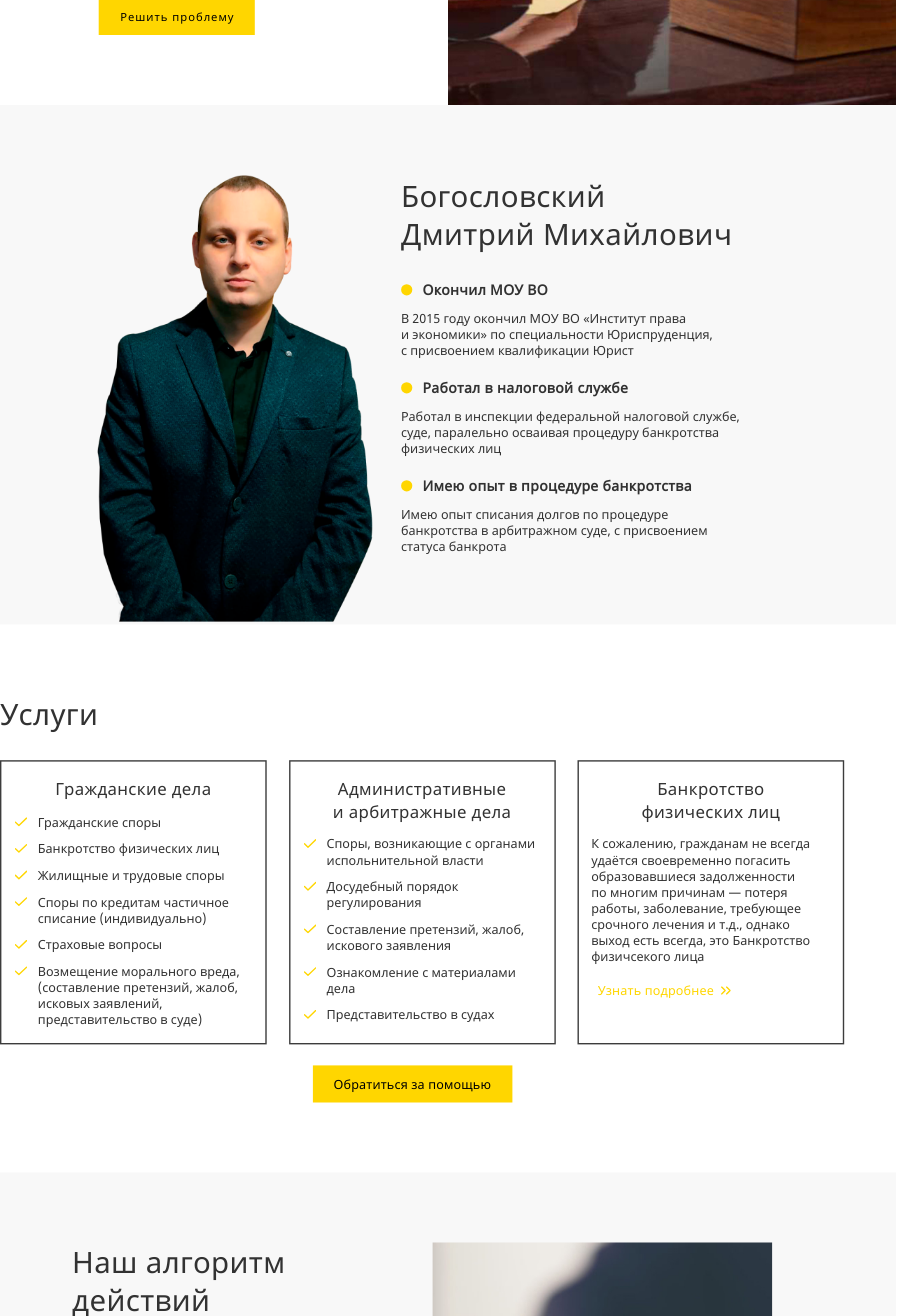
Repository: Nisovaki/antei
Page: http://localhost/
The author's editor kept a copy of each file at every save. The page is drawn from the files as they stood at one save, then again after the next save.
The browser window is 1280 px wide. The page is 1313 px wide, so the pictures cover 1313 px, including what lies to the right of the window. The pictures show the part of the page from y = 630 to 2510 px (the page is 6036 px tall before and 5975 px after), at 70% of full size.
The page is run by PHP 8.4 with error messages shown; the project is at /var/www/html/. Style sheets and scripts are compiled from the project's sources, by tool versions that may differ from the author's.

Above is the page before, as saved 2022-03-19 11:42:53.

### index.html
<!DOCTYPE html>
<html lang="ru">
<head>
	<meta charset="UTF-8">
	<meta http-equiv="X-UA-Compatible" content="IE=edge">
	<meta name="viewport" content="width=1440"/>
	<link rel="stylesheet" href="css/style.css">
	<link rel="preconnect" href="https://fonts.googleapis.com">
	<link rel="preconnect" href="https://fonts.gstatic.com" crossorigin>
	<link href="https://fonts.googleapis.com/css2?family=Roboto&display=swap" rel="stylesheet">
	<title>Услуги юриста</title>
</head>
<body>
	<navbar class="navbar">
		<div class="container">
			<div class="navbar-block">
				<ul class="navbar-list">
					<li class="navbar-item"><a href="#" class="navbar-link">Услуги</a></li>
					<li class="navbar-item"><a href="#" class="navbar-link">Банкротство граждан</a></li>
					<li class="navbar-item"><a href="#" class="navbar-link">Схема работы</a></li>
					<li class="navbar-item"><a href="#" class="navbar-link">Обратная связь</a></li>
				</ul>
				<div class="navbar-tel"><a href="tel:+79042812294" class="navbar-link">+7 (904) 281 22 94</a></div>
				<div class="navbar-address">г. Липецк, пр. Победы, д. 89</div>
			</div>
   </div>
	</navbar>

	<header class="header">
		<div class="container">
			<div class="header-block">
				<h1 class="header-block__title">Услуги юриста</h1>
				<div class="header-block__text">
					Ведение дел осуществляется как по г. Липецку, так и по его Области, возможно дистанционное составление документов
					в других городах
				</div>

				<ul class="header-block__list">
					<li class="icons header-block__item"><span class="icons__check"> Бесплатная консультация</span></li>
					<li class="icons header-block__item"><span class="icons__check"> Для клиентов пенсионного возраста скидки</span></li>
					<li class="icons header-block__item"><span class="icons__check"> Банкротство граждан, скидки для людей со&nbsp;льготами</span></li>
					<li class="icons header-block__item"><span class="icons__check"> В некоторых случаях возможно списать задолжность без подачи заявления на&nbsp;банкротство гарждан</span></li>
				</ul>

				<button class="button header__button">Решить проблему</button>
			</div>
		</div>
	</header>

	<section class="biography">
		<div class="container">
			<div class="author">
				<div class="author-img">
					<img src="img/biography/author.png" alt="Фотография: Богословский Дмитрий Михайлович" class="biography-author">
				</div>
				<div class="author-block">
					<h2 class="title biography-title">Богословский Дмитрий Михайлович</h2>
					<div class="biography-block">
						<div class="biography-subtitle"><span class="biography-subtitle__elipse"></span> Окончил МОУ ВО</div>
						<div class="biography-text">В 2015 году окончил МОУ ВО «Институт правa<br>и экономики» по специальности Юриспруденция,<br> с
							присвоением квалификации Юрист</div>
						<div class="biography-subtitle"><span class="biography-subtitle__elipse"></span> Работал в налоговой службе</div>
						<div class="biography-text">Работал в инспекции федеральной налоговой службе, суде, паралельно осваивая процедуру
							банкротства физических лиц</div>
						<div class="biography-subtitle"><span class="biography-subtitle__elipse"></span> Имею опыт в процедуре банкротства
						</div>
						<div class="biography-text">Имею опыт списания долгов по процедуре банкротства в арбитражном суде, с присвоением
							статуса банкрота</div>
					</div>
				</div>
			</div>
		</div>
	</section>
	<section class="services">
		<div class="container">
			<h2 class="title services__title">Услуги</h2>
			<div class="services-block">
				<div class="services-block__item">
					<h3 class="services-block__title">Гражданские дела</h3>
					<ul class="services-block__list">
						<li class="icons services-block__cell">Гражданские споры</li>
						<li class="icons services-block__cell">Банкротство физических лиц</li>
						<li class="icons services-block__cell">Жилищные и трудовые споры</li>
						<li class="icons services-block__cell">Споры по кредитам частичное списание (индивидуально)</li>
						<li class="icons services-block__cell">Страховые вопросы</li>
						<li class="icons services-block__cell">Возмещение морального вреда, (составление претензий, жалоб, исковых заявлений, представительство в суде)</li>
					</ul>
				</div>

				<div class="services-block__item">
					<h3 class="services-block__title">Административные и&nbsp;арбитражные дела</h3>
					<ul class="services-block__list">
						<li class="icons services-block__cell">Споры, возникающие с органами испольнительной власти</li>
						<li class="icons services-block__cell">Досудебный порядок регулирования</li>
						<li class="icons services-block__cell">Составление претензий, жалоб, искового заявления</li>
						<li class="icons services-block__cell">Ознакомление с материалами дела</li>
						<li class="icons services-block__cell">Представительство в судах</li>
					</ul>
				</div>

				<div class="services-block__item">
					<h3 class="services-block__title">Банкротство физических лиц</h3>
					<p class="services-block__text">К сожалению, гражданам не всегда удаётся своевременно погасить образовавшиеся задолженности<br> по многим причинам — потеря<br>
					работы, заболевание, требующее срочного лечения и т.д., однако<br> выход есть всегда, это Банкротство физичсекого лица</p>
					<a href="#" class="services-block__link">Узнать подробнее
						<img src="img/services/arrow.svg" alt="стрелка" class="services-block__img-1">
						<img src="img/services/arrow.svg" alt="стрелка" class="services-block__img-2">
					</a>
				</div>
			</div>
			<div class="services__wrapper">
				<button class="button services__button"><a href="#" class="services__button-link">Обратиться за помощью</a></button>
			</div>
		</div>
	</section>

	<section class="algorithm">
		<div class="container">
			<div class="algorithm-block">
				<div class="algorithm-block__item-1">
					<h2 class="title algorithm-block__title">Наш алгоритм действий</h2>
					<ol class="algorithm-block__list">
						<li class="algorithm-block__cell algorithm-block__cell-color"><div class="algorithm-block__element"></div> Изучение дела</li>
						<li class="algorithm-block__cell"><div class="algorithm-block__element"></div> Выработка стратегии</li>
						<li class="algorithm-block__cell"><div class="algorithm-block__element"></div> Претензионная работа</li>
						<li class="algorithm-block__cell"><div class="algorithm-block__element"></div> Подготовка пиьменной позиции</li>
						<li class="algorithm-block__cell"><div class="algorithm-block__element"></div> Наложение обеспечительных мер</li>
						<li class="algorithm-block__cell"><div class="algorithm-block__element"></div> Сбор доказательств</li>
						<li class="algorithm-block__cell"><div class="algorithm-block__element"></div> Представление интересов клиента в суде</li>
						<li class="algorithm-block__cell"> В случае обжалования решения суда первой инстанции — подготовка апелляционной и&nbsp;кассационной жалобы</li>
					</ol>
				</div>
				<div class="algorithm-block__item-2"><img src="img/algorithm/algorithm-img.jpg" alt="img: algorithm-block__img" class="algorithm-block__img"></div>
			</div>
		</div>
	</section>

	<section class="smash">
		<div class="container">
			<h2 class="title smash__title">Банкротство граждан</h2>
			<p class="smash__text">Это прозрачный и законный способ списания долгов (кредитов, займов, микрозаймов, долговых расписок) для гражданина,
			который регулируется Федеральным законом «О несостоятельности (банкротстве)»<br> от 26.10.2002 N 127-ФЗ (последняя редакция)</p>

			<div class="smash-wrapper">
				<div class="smash-wrapper__item smash-wrapper__item--indent-1">
					<div class="smash-wrapper__num">1</div>
					<div class="smash-wrapper__title">Консультация</div>
					<div class="smash-wrapper__text">Квалифицированные специалисты с многолетним опытом, помогают клиенту соориентироваться необходима ли для него процедура
					банкротства, каковы плюсы и минусы, есть ли ограничения,<br>каков предполагаемый результат на стадии<br> анализа.
  					</div>
				</div>

				<div class="smash-arrow__right"><img src="img/smash/arrow_right.svg" alt="arrow_right"></div>

				<div class="smash-wrapper__item smash-wrapper__item--indent-2">
					<div class="smash-wrapper__num">2</div>
					<div class="smash-wrapper__title">Составление перечьня докуметов</div>
					<div class="smash-wrapper__text">Составление необходимого перечьня документов, при необходимости восстановления справок, договоров, для предоставления
					юристу, при составлении Заявление о признании должника несостоятельным (банкротом), с пошаговым объяснением клиенту, для
					чего тот или иной абзац.
					</div>
				</div>

				<div class="smash-arrow__bottom"><img src="img/smash/arrow_bottom .svg" alt="arrow_bottom"></div>

				<div class="smash-wrapper__item smash-wrapper__item--indent-3">
					<div class="smash-wrapper__num">3</div>
					<div class="smash-wrapper__title">Подача заявления</div>
					<div class="smash-wrapper__text">Подача заявления в Арбитражный суд и представительство его интересов в суде по<br> данному делу, процедура списания долгов,
					при которой можно вздохнуть спокойно и<br> наслаждаться жизнью.
					</div>
				</div>
			</div>
			<!-- /.smash-wrapper -->
		</div>
		<!-- /. container -->
	</section>

	<section class="scheme">
		<div class="container">
			<h2 class="title scheme__title">Схема работы</h2>
			<div class="scheme-wrapper">
				<div class="scheme-wrapper__item">
					<div class="scheme-wrapper--dotted-1"></div>
					<div class="scheme-wrapper__num scheme-wrapper__num--color">1</div>
					<p class="scheme-wrapper__text">Оставьте заявку <br>или позвоните по номеру телефона</p>
				</div>
				<!-- /.scheme-wrapper__item -->
				<div class="scheme-wrapper__item">
					<div class="scheme-wrapper--dotted-2"></div>
					<div class="scheme-wrapper__num scheme-wrapper__num-2">2</div>
					<p class="scheme-wrapper__text">Бесплатно изучаю <br>ваши документы</p>
				</div>
				<!-- /.scheme-wrapper__item -->
				<div class="scheme-wrapper__item">
					<div class="scheme-wrapper--dotted-3"></div>
					<div class="scheme-wrapper__num scheme-wrapper__num-3">3</div>
					<p class="scheme-wrapper__text">Оцениваю ситуацию<br> и называю стоимость услуг</p>
				</div>
				<!-- /.scheme-wrapper__item -->
				<div class="scheme-wrapper__item">
					<div class="scheme-wrapper__num scheme-wrapper__num-4">4</div>
					<p class="scheme-wrapper__text">Заключаем сотрудничество и решаем проблему</p>
				</div>
				<!-- /.scheme-wrapper__item -->
			</div>
			<!-- /.scheme-wrapper -->
			<button class="button scheme__button">Оставить заявку</button>
		</div>
		<!-- /.container -->
	</section>
	<!-- /.scheme -->
    <section class="feedback">
		<div class="container">
			<div class="feedback-block">
				<div class="feedback-block__title">Обратная связь</div>
				<form action="send.php" method="post" class="feedback-form">
					<div class="feedback-input">
						<input type="text" placeholder="Ваше имя" class="feedback__input" name="name">
						<input type="text" placeholder="Электронная почта" class="feedback__input" name="email">
					</div>
					<textarea name="message" placeholder="Ваше сообщение" class="feedback__message"></textarea>
					<div class="feedback__wrapper">
						<input type="file" name="file" type="file" name="file" id="input__file" multiple class="feedback__file">
						<label for="input__file" class="feedback__file-button">
							<span class="feedback__file-button-text">
								<img src="img/feedback/file.svg" alt="файл">
								Загрусить файл
							</span>
						</label>
					</div>
					<div class="feedback__agreemet">
						<input type="checkbox" class="feedback__checkbox">
						<span class="feedback__text">Даю согласие на обработку персональных данных</span>
					</div>
					<button class="feedback__button">Отправить</button>
				</form>
			</div>
		</div>
	</section>

	<footer class="footer">
		<div class="container">
			<div class="footer-contacts">
				<h2 class="title footer__title">Контакты</h2>
				<div class="footer-contacts__item">
					<h3 class="footer-contacts__subtitle footer-contacts__subtitle--ml-1"><img src="img/footer/phone.svg" alt="icon: тефон" class="footer-contacts__icon-1">Номер телефона</h3>
					<a href="tel:+79042812294" class="footer-contacts__phone--ml1">+7 (904) 281 22 94</a>
					<a href="tel:+79042812293" class="footer-contacts__phone--ml2">+7 (904) 281 22 93</a>
					<div class="footer-contacts__block">
						<a href="" target="_blank"><img src="img/footer/viber.svg" alt="icon: viber" class="footer-contacts__icon"></a>
						<a href="" target="_blank"><img src="img/footer/watsapp.svg" alt="icon: watsapp" class="footer-contacts__icon"></a>
						<a href="" target="_blank"><img src="img/footer/telegram.svg" alt="icon: telegram" class="footer-contacts__icon"></a>
					</div>
					<p class="footer-contacts__subtitle footer-contacts__subtitle--ml-2"><img src="img/footer/email.svg" alt="icon: email" class="footer-contacts__icon-2"> Электронная почта</p>
					<a href="mailto:adp48ru@mail.ru" class="footer-contacts__email">adp48ru@mail.ru</a>
					<h3 class="footer-contacts__subtitle footer-contacts__subtitle--ml-3 "><img src="img/footer/map.svg" alt="icon: адрес" class="footer-contacts__icon-3"> Адрес</h3>
					<p class="footer-contacts__text">г. Липецк, пр. Победы, д. 89, 2 этаж</p>
					<h3 class="footer-contacts__subtitle footer-contacts__subtitle--ml-4"><img src="img/footer/clock.svg" alt="icon: режим работы" class="footer-contacts__icon-4"> Часы работы</h3>
					<p class="footer-contacts__text">Будни с 09:00 до17:00, выходные с 09:00 до 13:00 по записи</p>
				</div>

			</div>
			<!-- /.footer-contacts -->
			<div class="footer-map">

			</div>
			<!-- /.footer-map -->
		</div>
			<div class="footer-law">
				<div class="container">
					<p class="footer-law__text">© Все права защищены</p>
				</div>
			</div>

		<!-- /.container -->
	</footer>
	<!-- /.footer -->
</body>
</html>

### sass/style.sass
@import "_normalize.scss"
@import "_variables.sass"
@import "_settings.sass"
@import "_fonts.scss"
@import "block/_navbar.sass"
@import "block/_header.sass"
@import "block/_biography.sass"
@import "block/_services.sass"
@import "block/_algorithm.sass"
@import "block/_smash.sass"
@import "block/_feedback.sass"
@import "block/_footer.sass"
@import "block/_scheme.sass"

### sass/_variables.sass
$dark: #3C3C3C
$light: #FFFFFF
$txt-color: #323232
$btn-color: #FFD600
$fon-color: #F8F8F8
$dashed-color: #BABABA

### sass/_settings.sass
*
	box-sizing: border-box
body
	font-family: "Noto Sans", sans-serif
	font-weight: 400
	color: $txt-color
img
	max-width: 100%
.container
	max-width: 1320px
	margin: auto
.icons
	list-style-image: url(../img/header/Vector.svg)
	&__check
		position: relative
		left: 10px
.button
	padding: 15px 30px
	background-color: $btn-color
	border: none
	cursor: pointer
.title
	font-weight: 500
	font-size: 42px
	line-height: 130%
@media (max-width: 1200px)
	br
		display: none

### sass/_fonts.scss
@font-face {
  font-family: "Noto Sans bold";
  src: url("../fonts/NotoSans-Bold.woff2") format("woff2"),
    url("../fonts/NotoSans-Bold.woff") format("woff");
  font-weight: bold;
  font-style: normal;
  font-display: swap;
}

@font-face {
  font-family: "Noto Sans";
  src: url("../fonts/NotoSans.woff2") format("woff2"),
    url("../fonts/NotoSans.woff") format("woff");
  font-weight: normal;
  font-style: normal;
  font-display: swap;
}

### sass/block/_navbar.sass
.navbar
	display: block
	font-family: 'Roboto', sans-serif
	background-color: $dark
	color: $light
	padding: 37px 0 35px 0
	font-size: 18px
	line-height: 130%
	&-block
		display: flex
		justify-content: space-between
	&-list
		display: flex
		justify-content: space-between
		align-items: center
		margin: 0
		padding: 0
		flex-basis: 46.7%
	&-item
		list-style: none
	&-link
		color: inherit
		text-decoration: none
	&-address
		margin-right: -2.6%
		letter-spacing: 0.4px

### sass/block/_header.sass
.header
	padding: 100px 0
	background: url(../img/header/fon-img.jpg)
	background-repeat: no-repeat
	background-size: contain
	background-position: center right
	position: relative
	&::before
		content: ''
		width: 50%
		height: 100%
		position: absolute
		top: 0
		left: 0
		background-color: #ffffff
	&-block
		width: 39%
		position: relative
		margin-right: 50px
		margin-left: 11%
		&__list
			margin: 0
			padding: 0
			padding-left: 28px
		&__text
			width: 430px
			font-size: 18px
			line-height: 129%
			margin-bottom: 30px
		&__item
			margin-bottom: 15px
			width: 405px
			font-size: 18px
			line-height: 128%
		&__title
			font-weight: 600
			font-size: 52px
			line-height: 130%
			margin: 0
			margin-bottom: 30px
			letter-spacing: 1.5px
	&__button
		margin-top: 15px
		padding: 16px 29px 17px 31px
		letter-spacing: 1.4px

### sass/block/_biography.sass
.biography
	padding-top: 100px
	background-color: $fon-color
	&-title
		letter-spacing: 0.6px
		width: 475px
		margin: 0
		margin-bottom: 40px
		margin-top: 2px
	&-subtitle
		font-weight: 600
		font-size: 20px
		line-height: 130%
		margin-bottom: 15px
		letter-spacing: 0.5px
		&__elipse
			display: inline-block
			width: 16px
			height: 16px
			background-color: $btn-color
			border-radius: 50%
			margin-right: 9px
	&-text
		font-size: 18px
		line-height: 128%
		width: 487px
		margin-bottom: 30px
.author
	display: flex
	justify-content: flex-end
	&-img
		flex-basis: 45%
		margin-left: 118px
	&-block
		flex-basis: 70%

### sass/block/_algorithm.sass
.algorithm
    padding: 100px 0 70px 0
    background-color: $fon-color
    &-block
        display: flex
        position: relative
        &__item-1
            width: 515px
            margin-left: 103px
        &__title
            width: 382px
            display: inline-block
            margin: 0
            margin-bottom: 40px
            letter-spacing: 0.5px
        &__cell-color
            &::before
                background-color: $btn-color
        &__element
            position: absolute
            top: 33px
            left: 17px
            width: 0px
            height: 34px
            border: 1px dashed $dashed-color
        &__img
            max-width: inherit
ol
    list-style: none
    width: 445px
    font-size: 17px
    font-weight: 400
    padding: 0
    margin: 0
    li
        counter-increment: num
        margin: 0
        padding: 7px 0 35px 44px
        position: relative
        line-height: 125%
        letter-spacing: 0.5px
        &::marker
            display: none
        &::before
            content: counter(num)
            display: inline-block
            position: absolute
            top: 0
            left: 0
            background: #fff
            color: $dark
            text-align: center
            font-size: 18px
            padding: 6px 12px 6px 9px
            border: 1px solid $btn-color
            border-radius: 50%

### sass/block/_smash.sass
.smash
    position: relative
    padding-top: 340px
    padding-bottom: 325px
    &__title
        margin: 0
        margin-bottom: 40px
        width: 382px
        letter-spacing: 0.5px
    &__text
        width: 485px
        font-style: normal
        font-weight: 400
        font-size: 18px
        line-height: 128%
    &-wrapper
        &__item
            position: relative
            width: 485px
            border: 2px solid $dark
            padding: 22px 13px 22px 19px
            &--indent-1
                position: absolute
                top: 98px
                right: 420px
            &--indent-2
                position: absolute
                right: 213px
                top: 367px
            &--indent-3
                position: absolute
                top: 636px
                right: 420px
        &__num
            position: absolute
            top: -20px
            left: -19px
            background-color: $btn-color
            border-radius: 50%
            padding: 5px 12px 5px 12px
            font-size: 18px
            line-height: 130%
            font-family: "Noto Sans"
        &__title
            font-weight: bold
            font-size: 20px
            line-height: 130%
            margin-bottom: 20px
            letter-spacing: -0.5px
        &__text
            width: 450px
            font-size: 17px
            line-height: 137%
            font-weight: 400
            letter-spacing: 0.2px
    &-arrow
        &__right
            position: absolute
            top: 113px
            right: 699px
        &__bottom
            position: absolute
            top: 521px
            right: 697px
            z-index: 1

### sass/block/_footer.sass
.footer
	&__title
		font-style: normal
		font-weight: 500
		font-size: 42px
		line-height: 130%
		margin-top: 0
		margin-bottom: 43px
	&__item
		display: flex
	&-contacts
		&__block
			margin-left: 43px
			margin-top: 10px
		&__subtitle
			display: flex
			justify-content: space-between
			align-items: center
			font-style: normal
			font-weight: 400
			font-size: 18px
			line-height: 130%
			margin-bottom: 14px
			&--ml-1
				width: 14.5%
			&--ml-2
				display: flex
				justify-content: space-between
				align-items: center
				width: 16.3%
			&--ml-3
				width: 7.3%
			&--ml-4
				width: 12%
		&__phone
			font-style: normal
			font-weight: 500
			font-size: 18px
			line-height: 130%
			color: inherit
			text-decoration: none
			margin-bottom: 10px
			&--ml1
				text-decoration: none
				margin-left: 43px
				color: inherit
			&--ml2
				margin-left: 10px
				color: inherit
				text-decoration: none
		&__text
			font-style: normal
			font-weight: 400
			font-size: 18px
			line-height: 130%
			color: inherit
			margin-left: 43px
			margin-top: 0
			margin-bottom: 14px
		&__email
			color: inherit
			text-decoration: none
			margin-bottom: 30px
			margin-left: 43px
		&__icon
			margin-right: 15px
			margin-bottom: 30px
			width: 40px
			height: 40px
		&-map
			margin-bottom: 100px
	&-law
		width: 100%
		height: 83px
		background-color: $dark
		&__text
			text-align: center
			padding-top: 30px
			font-style: normal
			font-weight: 400
			font-size: 18px
			line-height: 130%
			color: $light

Loaded but not shown: sass/_normalize.scss (common file); img/smash/arrow_right.svg (3 lines, source omitted); img/smash/arrow_bottom .svg (3 lines, source omitted); img/footer/viber.svg (4 lines, source omitted); img/footer/email.svg (11 lines, source omitted); img/footer/clock.svg (4 lines, source omitted); img/footer/map.svg (4 lines, source omitted); img/footer/phone.svg (3 lines, source omitted); img/footer/watsapp.svg (4 lines, source omitted); img/footer/telegram.svg (45 lines, source omitted); img/feedback/file.svg (3 lines, source omitted); img/header/Vector.svg (3 lines, source omitted); img/services/arrow.svg (3 lines, source omitted); sass/block/_feedback.sass (102 lines, source omitted); sass/block/_scheme.sass (69 lines, source omitted); sass/block/_services.sass (66 lines, source omitted)

After the next save:
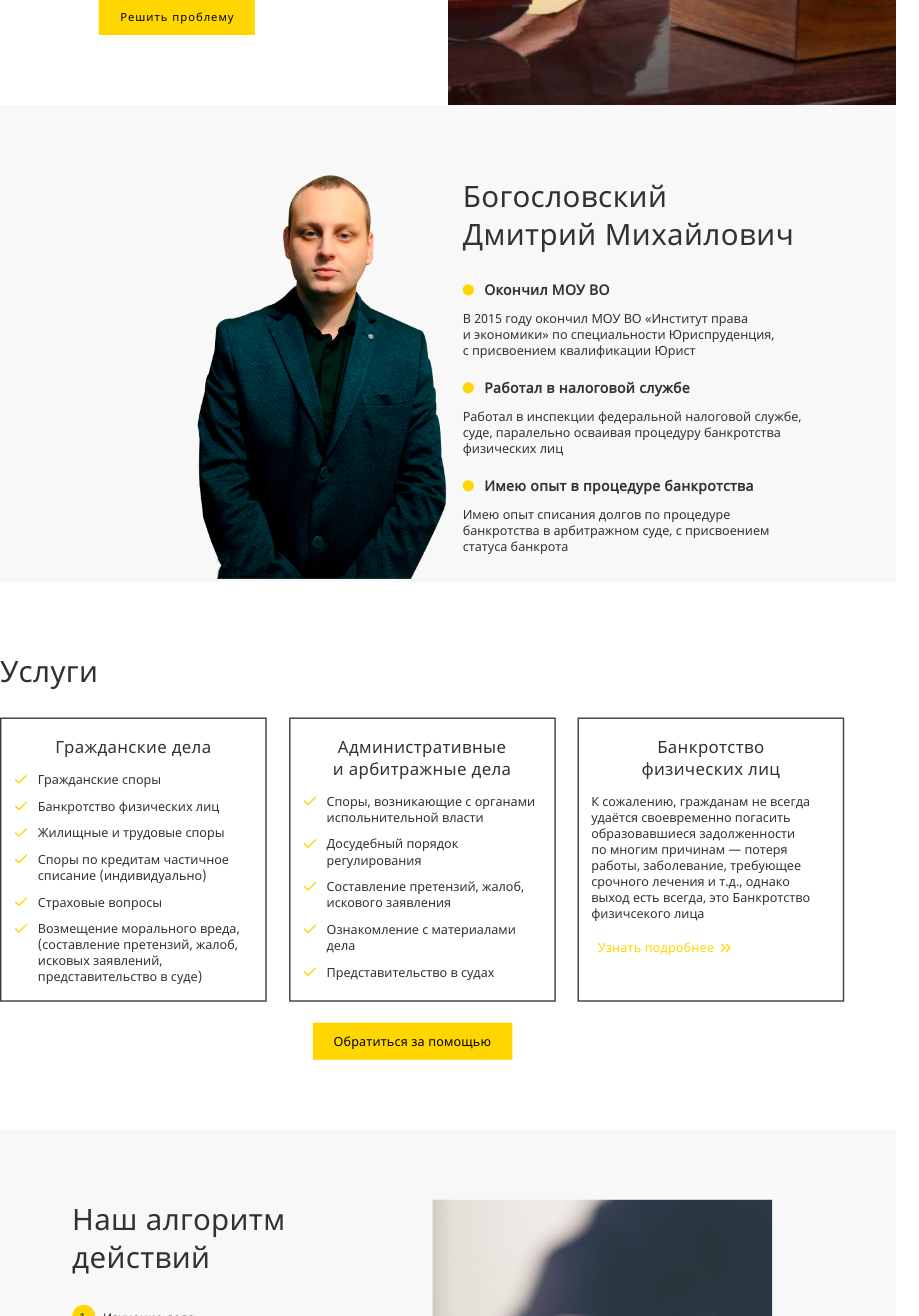
Saved 2 min 39 s later.
--- a/sass/block/_biography.sass
+++ b/sass/block/_biography.sass
@@ -30,6 +30,6 @@
 	justify-content: flex-end
 	&-img
 		flex-basis: 45%
-		margin-left: 118px
+		margin-left: 263px
 	&-block
 		flex-basis: 70%
